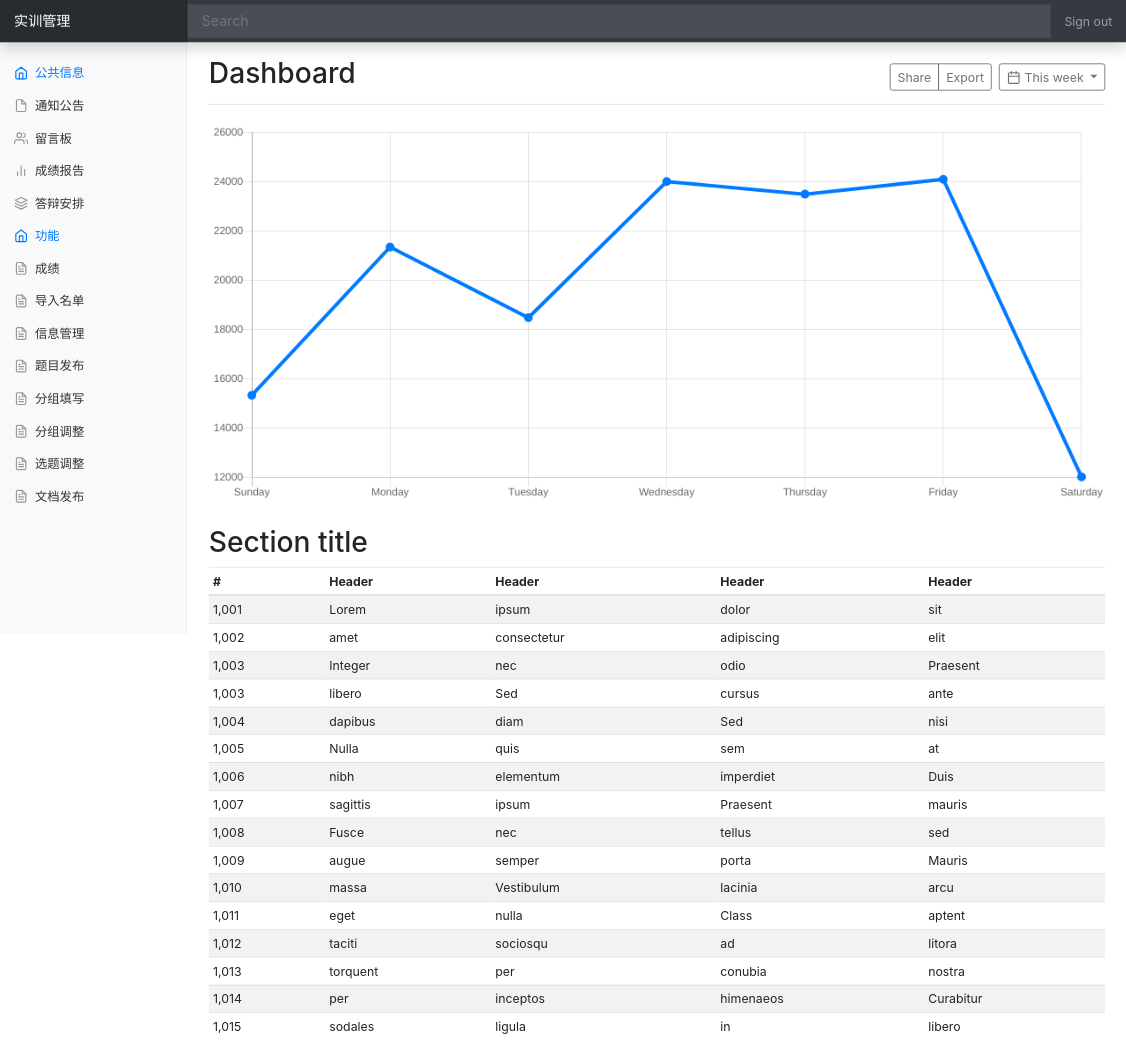
Repository: Kong-T/Practical-training
Page: Administrator/dashboard/index.html
These files come from the project's save history. The page is drawn as it stood at one moment and after the next save; the edit follows.
The browser window is 1280 px wide. The pictures show the whole page, at 88% of full size.
Some web libraries are served in a nearby version.

Above is the page before, as saved 2020-12-14 10:26:14.

After the next save:
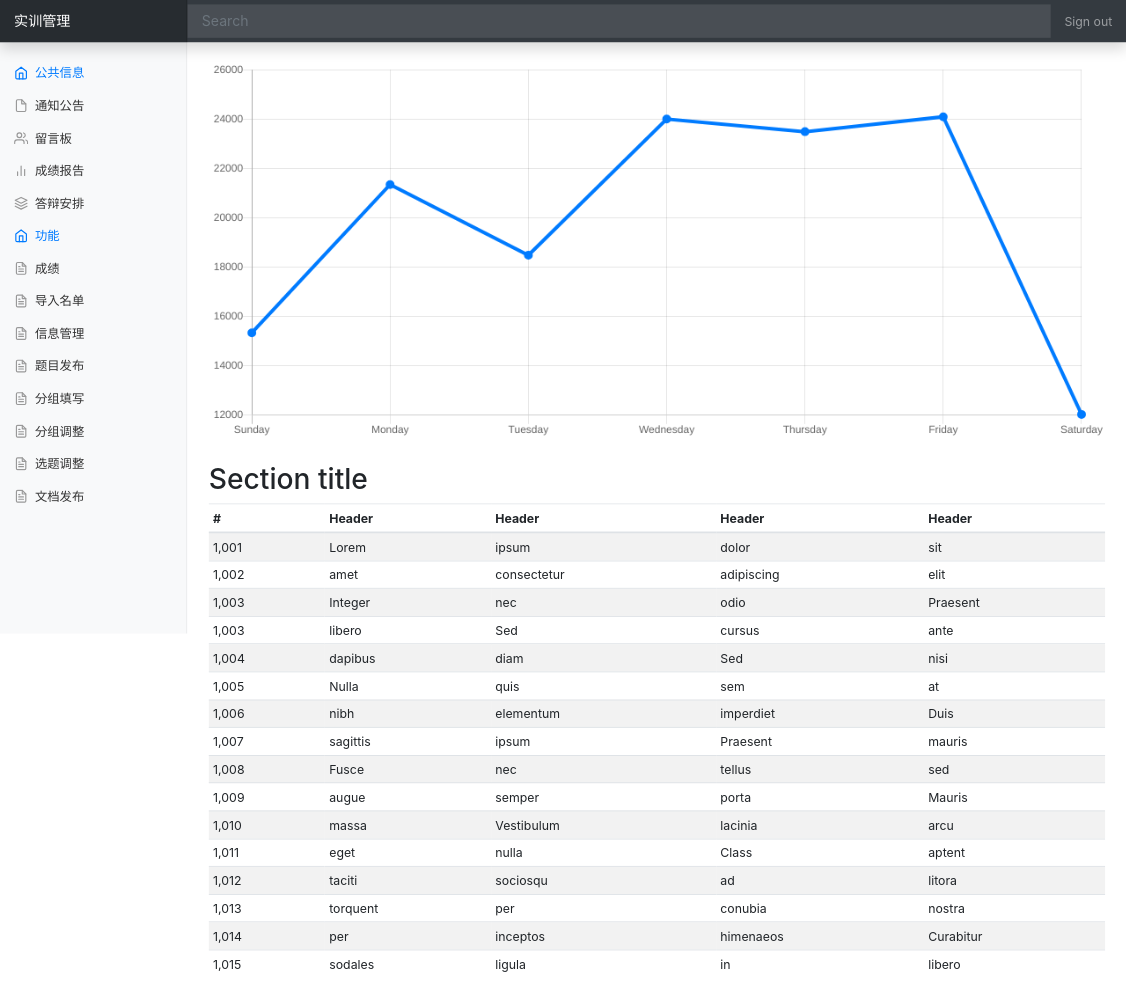
Saved 82 s later.
--- a/Administrator/dashboard/index.html
+++ b/Administrator/dashboard/index.html
@@ -148,7 +148,7 @@
     </nav>
 
     <main role="main" class="col-md-9 ml-sm-auto col-lg-10 px-md-4">
-      <div class="d-flex justify-content-between flex-wrap flex-md-nowrap align-items-center pt-3 pb-2 mb-3 border-bottom">
+      <!-- <div class="d-flex justify-content-between flex-wrap flex-md-nowrap align-items-center pt-3 pb-2 mb-3 border-bottom">
         <h1 class="h2">Dashboard</h1>
         <div class="btn-toolbar mb-2 mb-md-0">
           <div class="btn-group mr-2">
@@ -160,7 +160,7 @@
             This week
           </button>
         </div>
-      </div>
+      </div> -->
 
       <canvas class="my-4 w-100" id="myChart" width="900" height="380"></canvas>
 
